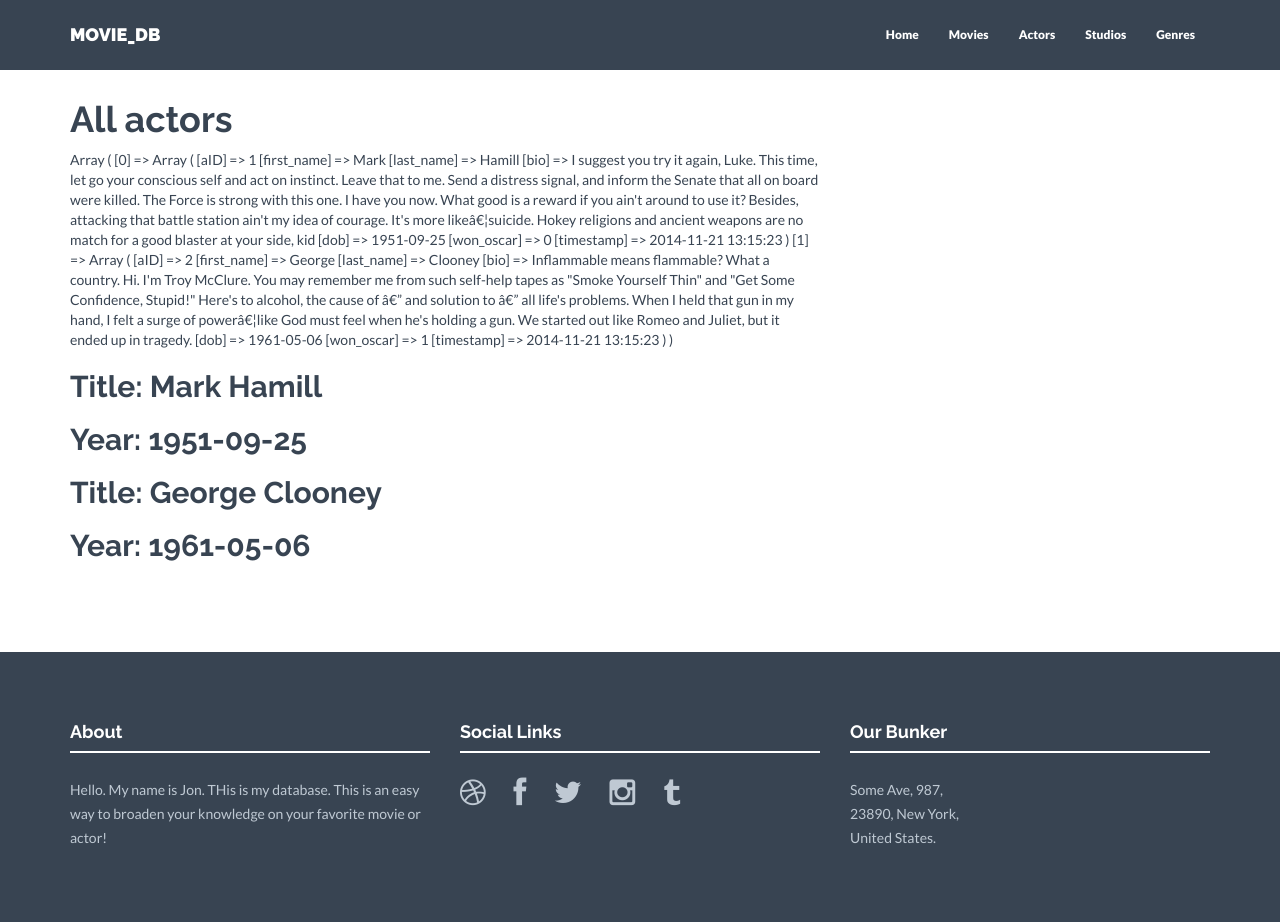
Repository: jonak91/Buzzerd-index
Page: http://localhost/actors.php
The author's editor kept a record of every edit. The page is drawn from the files as they stood at one moment, then again after the next edit.
The browser window is 1280 px wide. The pictures show the whole page.
Some web libraries are served in a nearby version. The page is run by PHP 8.4 with error messages shown; the project is at /var/www/html/. The database holds what the project's SQL file puts in it.

Above is the page before.
Not found: assets/js/modernizr.js

After the next edit:
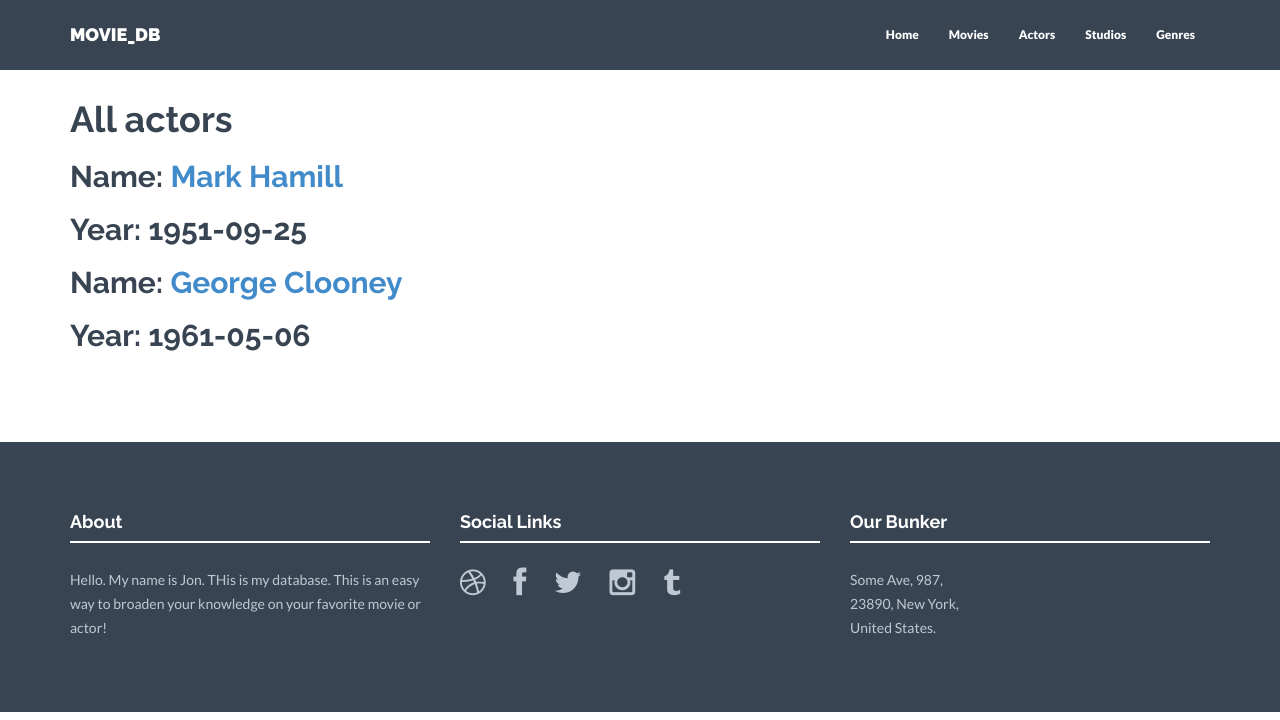
The edit:
--- a/actors.php
+++ b/actors.php
@@ -10,10 +10,8 @@
 
 		 		<?php
 		 		$actors = get_actors();
-		 		print_r(get_actors());
-
 		 		foreach ($actors as $actor) { ?>
-		 		<h2>Title: <?php echo $actor['first_name'].' '.$actor['last_name']; ?></h2>
+		 		<h2>Name: <a href="actor.php?aID=<?php echo $actor['aID']; ?>"><?php echo $actor['first_name'].' '.$actor['last_name']; ?></a></h2>
 		 		<h2>Year: <?php echo $actor['dob']; ?></h2>
 		 		<?php } ?>
 			</div><! --/ MAIN CONTENT AREA -->
